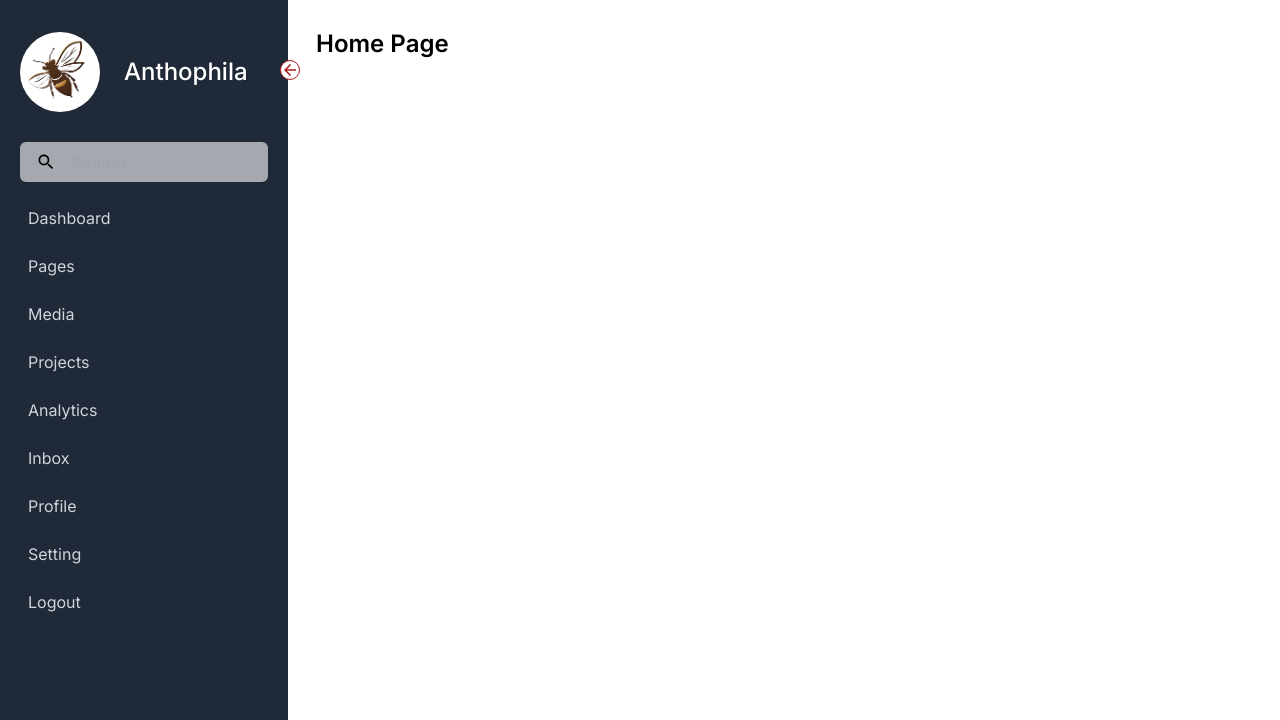
Repository: marcusdashe/anthophila
Page: /dashboard
These files come from the project's save history. The page is drawn as it stood at one moment and after the next save; the edit follows.
The browser window is 1280 px wide. The pictures show the whole page.
The project was rebuilt for these pictures with package versions that can differ from the ones it lists, and the page was loaded fresh each time. The framework's server and built-in components were replaced by stand-ins that run in the browser. Also part of the build but not shown: next.config.js.

Above is the page before, as saved 2023-04-05 16:09:22.

### pages/_document.js
import { Html, Head, Main, NextScript } from "next/document";

export default function Document() {
  return (
    <Html lang="en">
      <Head>
        <link rel="preconnect" href="https://fonts.googleapis.com" />
        <link
          rel="preconnect"
          href="https://fonts.gstatic.com"
          crossOrigin="true"
        />
        <link
          href="https://fonts.googleapis.com/css2?family=Inter:wght@100;200;300;400;500;600&display=swap"
          rel="stylesheet"
        />
      </Head>
      <body>
        <Main />
        <NextScript />
      </body>
    </Html>
  );
}

### pages/dashboard.js
import React, { useState } from "react";
import ArrowBackIcon from "@mui/icons-material/ArrowBack";
import SearchIcon from "@mui/icons-material/Search";

const Dashboard = () => {
  const [open, setOpen] = useState(true);

  const Menus = [
    { title: "Dashboard" },
    { title: "Pages" },
    { title: "Media", spacing: true },
    {
      title: "Projects",
      submenu: true,
      submenuItems: [
        { title: "Submenu 1" },
        { title: "Submenu 2" },
        { title: "Submenu 3" },
      ],
    },
    { title: "Analytics" },
    { title: "Inbox" },
    { title: "Profile", spacing: true },
    { title: "Setting" },
    { title: "Logout" },
  ];

  return (
    <div className="flex">
      <div
        className={`bg-gray-800 h-screen p-5 pt-8 ${
          open ? "w-72" : "w-[125px]"
        } relative duration-300`}
      >
        <ArrowBackIcon
          fontSize="small"
          onClick={() => setOpen(!open)}
          className={`bg-white text-[#AE1B1B] text-3xl mt-5
                                rounded-full absolute -right-3 top-10
                                cursor-pointer ${
                                  !open && "rotate-180"
                                } duration-300 border border-[#AE1B1B]`}
        />
        <div className="inline-flex items-center text-white">
          <img
            src="/assets/logo.png"
            alt="logo"
            className={`object-scale-down mr-2 h-20 w-20
                        bg-white rounded-full text-2xl
                        cursor-pointer block float-left duration-500 ${
                          open && "rotate-[360deg]"
                        }`}
          />
          <h1
            className={`text-white origin-left font-medium ml-4 text-2xl duration-300 ${
              !open && "scale-0"
            }`}
          >
            Anthophila
          </h1>
        </div>
        <div
          className={`flex items-center rounded-md bg-white bg-opacity-60 mt-6 ${
            !open ? "px-2.5" : "px-4"
          } py-2`}
        >
          <SearchIcon
            fontSize="small"
            className={`text-black  text-md block float-left cursor-left ${
              open && "mr-2"
            }`}
          />
          <input
            type={"search"}
            placeholder={"Search"}
            className={`text-base bg-transparent w-full text-white focus:outline-none pl-2 ${
              !open && "hidden"
            }`}
          />
        </div>

        <ul className=" pt-2">
          {Menus.map((menu, index) => (
            <>
              <li
                key={index}
                className="text-gray-300
                text-small flex
                items-center gap-x-4 cursor-pointer rounded p-2 hover:bg-white duration-300 hover:text-black duration-300 bg-opacity-100 mt-2"
              >
                <span>{menu.title}</span>
              </li>
            </>
          ))}
        </ul>
      </div>

      <div className="p-7">
        <h1 className="text-2xl font-semibold"> Home Page</h1>
      </div>
    </div>
  );
};

export default Dashboard;

### styles/globals.css
@tailwind base;
@tailwind components;
@tailwind utilities;


@layer base {
    html {

      font-family: 'Inter', sans-serif;
    }
  }

### tailwind.config.js
/** @type {import('tailwindcss').Config} */

module.exports = {
  content: [
    "./app/**/*.{js,ts,jsx,tsx}",
    "./pages/**/*.{js,ts,jsx,tsx}",
    "./components/**/*.{js,ts,jsx,tsx}",
  ],
  theme: {
    extend: {},
  },
  plugins: [],
}

Loaded but not shown: pages/_app.js (common file)

After the next save:
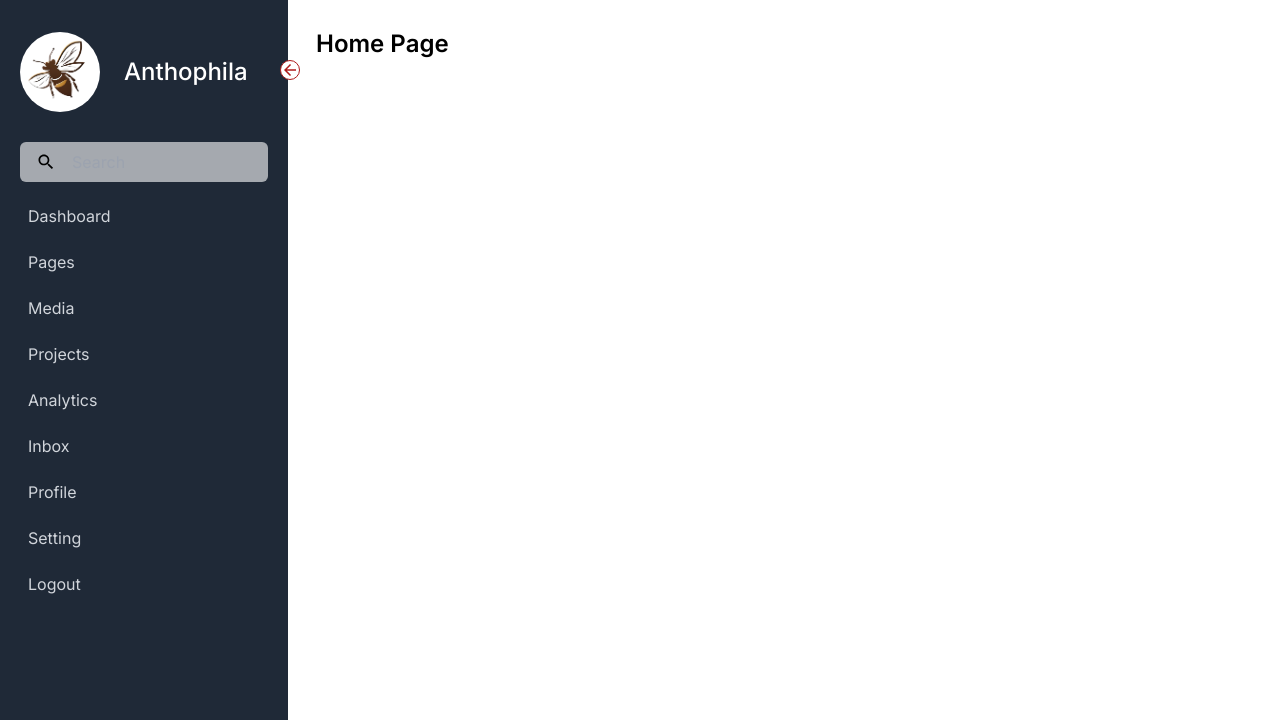
Saved 22 s later.
--- a/pages/dashboard.js
+++ b/pages/dashboard.js
@@ -86,7 +86,7 @@ const Dashboard = () => {
                 key={index}
                 className="text-gray-300
                 text-small flex
-                items-center gap-x-4 cursor-pointer rounded p-2 hover:bg-white duration-300 hover:text-black duration-300 bg-opacity-100 mt-2"
+                items-center gap-x-4 cursor-pointer rounded p-2 hover:bg-white duration-300 hover:text-black duration-300 bg-opacity-100 mt-1.5"
               >
                 <span>{menu.title}</span>
               </li>
